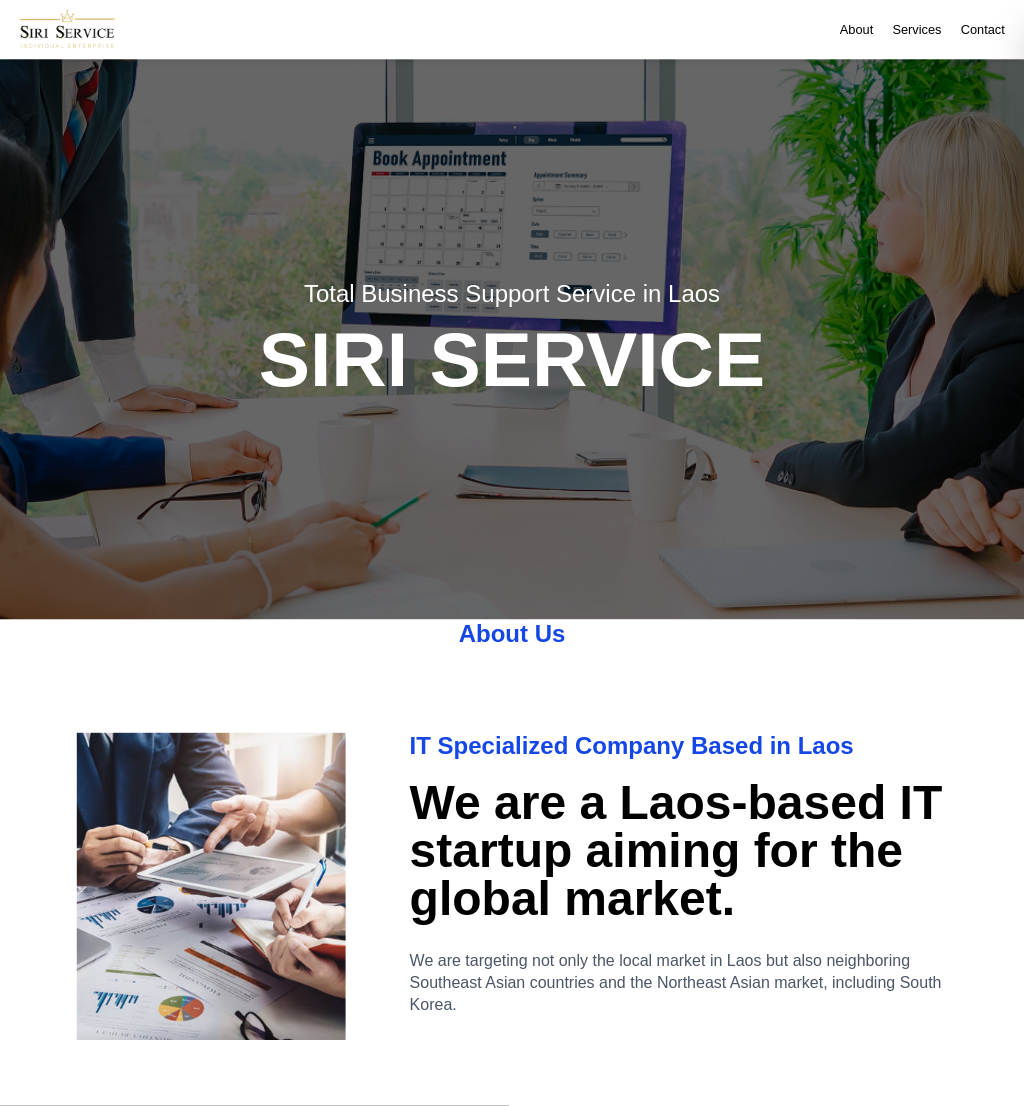
Repository: Phailin-teamplate/siri-service-web
Page: /
These files come from the project's save history. The page is drawn as it stood at one moment and after the next save; the edit follows.
The browser window is 1280 px wide. The pictures show the whole page, at 80% of full size.
The project was rebuilt for these pictures with package versions that can differ from the ones it lists, and the page was loaded fresh each time. The framework's server and built-in components were replaced by stand-ins that run in the browser. Also part of the build but not shown: next.config.ts.

Above is the page before, as saved 2025-07-02 14:14:25.

### src/app/layout.tsx
"use client";

import React, { useState, useEffect } from "react";
import { ArrowUpIcon } from "@heroicons/react/24/solid"; // Importing the arrow icon
// import { Geist, Geist_Mono } from "next/font/google";
// import { Inter, Noto_Sans_Lao } from "next/font/google";
import "./globals.css";
import Navbar from "@/src/components/navbar";

// const inter = Inter({ subsets: ["latin"] });
// const notoSansLao = Noto_Sans_Lao({ subsets: ["lao"] });

// const geistSans = Geist({
//   variable: "--font-geist-sans",
//   subsets: ["latin"],
// });
// const geistMono = Geist_Mono({
//   variable: "--font-geist-mono",
//   subsets: ["latin"],
// });

export default function RootLayout({
  children,
}: Readonly<{
  children: React.ReactNode;
}>) {
  const [isVisible, setIsVisible] = useState(false);

  // Detect scroll position and show button when scrolling down
  const handleScroll = () => {
    if (window.scrollY > 300) {
      setIsVisible(true);
    } else {
      setIsVisible(false);
    }
  };

  useEffect(() => {
    window.addEventListener("scroll", handleScroll);
    return () => {
      window.removeEventListener("scroll", handleScroll);
    };
  }, []);

  const scrollToTop = () => {
    window.scrollTo({ top: 0, behavior: "smooth" });
  };

  return (
    <html lang="en">
      {/* <body
        className={`${geistSans.variable} ${geistMono.variable} ${inter.className}  ${notoSansLao.className} antialiased`}
      > */}
      <body className="bg-white">
        <Navbar />
        {children}
        {/* <Footer /> */}

        {/* Popup Button with Icon for Scrolling to Top */}
        {isVisible && (
          <button
            onClick={scrollToTop}
            className="fixed bottom-2 right-5 md:bottom-5 md:right-10 bg-blue-500 text-white p-2 md:p-4 rounded-full shadow-lg hover:bg-blue-600 focus:outline-none transition-transform transform hover:scale-110"
          >
            {/* Heroicon Arrow Up Icon */}
            <ArrowUpIcon className="h-5 w-5 md:h-6 md:w-6" />
          </button>
        )}
      </body>
    </html>
  );
}

### src/app/page.tsx
import React from "react";
import Homepage from "@/src/components/Homepage";
import About from "@/src/components/About";

export const metadata = {
  title: "About | TEAMPLATE",
  description:
    "Learn about TEAMPLATE — our story, mission, team, and values that drive our innovation.",
  keywords: ["teamplate", "about", "our story", "mission", "values", "team"],
  openGraph: {
    title: "About | TEAMPLATE",
    description:
      "Discover TEAMPLATE's story, mission, and the people behind our success.",
    url: "https://yourdomain.com/about",
    siteName: "TEAMPLATE",
    images: [
      {
        url: "https://yourdomain.com/images/about-og.jpg", // ✅ Replace with actual path
        width: 1200,
        height: 630,
        alt: "About TEAMPLATE",
      },
    ],
    locale: "en_US",
    type: "website",
  },
};

export default function Home() {
  return (
    <section className="w-full" id="about">
      <Homepage/>
      <About/>
    </section>
  );
}

### src/components/navbar.tsx
import { useState, useCallback, useEffect } from "react";
import Image from "next/image";
import { Menu, X } from "lucide-react";
import Logo from "@/public/logo/Siri Service.png";

export default function Navbar() {
  const [isOpen, setIsOpen] = useState(false);

  // Function for smooth scrolling
  const handleSmoothScroll = useCallback((targetId: string) => {
    setIsOpen(false); // Close the sidebar

    if (targetId === "/") {
      window.scrollTo({ top: 0, behavior: "smooth" });
    } else {
      const targetElement = document.querySelector(targetId);
      if (targetElement) {
        targetElement.scrollIntoView({ behavior: "smooth" });
      }
    }
  }, []);

  const [isScrolled, setIsScrolled] = useState(false);

  // Detect scroll to change navbar background
  useEffect(() => {
    const handleScroll = () => {
      const scrollTop = window.scrollY;
      setIsScrolled(scrollTop > 10); // Trigger when scrolled 10px
    };

    window.addEventListener("scroll", handleScroll);

    return () => window.removeEventListener("scroll", handleScroll);
  }, []);

  return (
    <div className="w-full sticky top-0 z-50 bg-white shadow-md">
      <nav className="flex items-center justify-between px-6 py-3">
        {/* Logo */}
        <button
          onClick={() => handleSmoothScroll("/")}
          className="p-0 border-none bg-transparent active:opacity-80"
        >
          <Image
            className="w-20 sm:w-20 md:w-30 lg:w-30 xl:w-30 2xl:w-30 h-auto"
            src={Logo}
            alt="Appstore"
            priority
          />
        </button>

        {/* Desktop Links */}
        <div className="hidden md:flex gap-6">
          <button
            onClick={() => handleSmoothScroll("#about")}
            className="hover:text-blue-600 hover:underline transition-colors text-black duration-200 cursor-pointer"
          >
            About
          </button>
          <button
            onClick={() => handleSmoothScroll("#services")}
            className="hover:text-blue-600 hover:underline transition-colors text-black duration-200 cursor-pointer"
          >
            Services
          </button>
          <button
            onClick={() => handleSmoothScroll("#contact")}
            className="hover:text-blue-600 hover:underline transition-colors text-black duration-200 cursor-pointer"
          >
            Contact
          </button>
        </div>

        {/* Mobile Menu Button */}
        <button
          className="md:hidden focus:outline-none"
          onClick={() => setIsOpen(!isOpen)}
          aria-label="Toggle Menu"
        >
          {isOpen ? <X size={28} /> : <Menu size={28} />}
        </button>
      </nav>

      {/* Overlay (Closes menu when clicked) */}
      {isOpen && (
        <div
          className="fixed inset-0 z-40"
          onClick={() => setIsOpen(false)}
        ></div>
      )}

      {/* Mobile Sidebar */}
      <div
        className={`fixed top-0 right-0 h-full w-64 bg-white shadow-2xl p-6 flex flex-col transition-transform ${
          isOpen ? "translate-x-0" : "translate-x-full"
        } duration-300 ease-in-out z-50`}
      >
        {/* Sidebar Header */}
        <div className="flex justify-between items-center pb-4 mt-1">
          <h3 className="text-black text-2xl font-semibold">Menu</h3>
          <button
            className="text-black text-3xl font-bold focus:outline-none"
            onClick={() => setIsOpen(false)}
            aria-label="Close Menu"
          >
            <X size={28} />
          </button>
        </div>

        {/* Sidebar Links */}
        <div className="flex flex-col items-start gap-4 pb-4">
          <button
            onClick={() => handleSmoothScroll("#about")}
            className="hover:text-blue-600 hover:underline transition-colors duration-200 cursor-pointer"
          >
            About
          </button>
          <button
            onClick={() => handleSmoothScroll("#services")}
            className="hover:text-blue-600 hover:underline transition-colors duration-200 cursor-pointer"
          >
            Services
          </button>
          <button
            onClick={() => handleSmoothScroll("#contact")}
            className="hover:text-blue-600 hover:underline transition-colors duration-200 cursor-pointer"
          >
            Contact
          </button>
        </div>
      </div>
    </div>
  );
}

### src/components/Homepage.tsx
import Image from "next/image";
import BgSiri from "@/public/bg-siri.png";
import type { Metadata } from "next";

export const metadata: Metadata = {
  title: "SiriService | About Us",
  description: "We are a Laos-based IT startup aiming for the global market.",
};

export default function Homepage() {
  return (
    <div className="flex flex-col ">
      <div className="flex justify-center">
        <div className="relative w-full h-[400px] xs:h-[600px] sm:h-[650px] md:h-[700px] lg:h-[700px]">
          {/* Background Image */}
          <Image src={BgSiri} alt="StartUp" fill className="object-cover" />

          {/* Gradient Overlay */}
          <div className="absolute inset-0 bg-black/60 z-10" />

          {/* Centered Content */}
          <div className="absolute inset-0 z-20 flex flex-col items-center justify-center text-center px-4">
            <div className="mb-4 sm:mb-4">
              <p className="text-white text-sm xs:text-base sm:text-xl md:text-3xl font-medium">
                Total Business Support Service in Laos
              </p>
            </div>
            <h1 className="text-white text-4xl xs:text-5xl sm:text-6xl md:text-7xl lg:text-8xl font-bold">
              SIRI SERVICE
            </h1>
          </div>
        </div>
      </div>


    </div>
  );
}

### src/components/About.tsx
import Image from "next/image";

import AboutSV from "@/public/About.png";

import type { Metadata } from "next";

export const metadata: Metadata = {
  title: "Teamplate",
  description: "We are a Laos-based IT startup aiming for the global market.",
};

export default function About() {
  return (
    <div className="w-full">
      <div className="flex justify-center text-center md:text-left">
        <p className="text-2xl md:text-3xl font-semibold text-blue-700 mb-4 md:mb-6">
          About Us
        </p>
      </div>
      <div className="flex flex-col px-6 md:px-12 lg:px-24 py-12 md:py-16 lg:py-20 ">
        <section
          className="flex flex-col md:flex-row items-center justify-center gap-10 md:gap-20 md:scroll-mt-30 scroll-mt-23" // Added scroll margin
          id="about"
        >
          {/* Image Section */}
          <div className="relative w-80 h-80 md:w-96 md:h-96">
            <Image src={AboutSV} alt="About" fill className="object-cover" />
          </div>
          {/* Text Section */}
          <div className="w-full max-w-2xl text-center md:text-left">
            <p className="text-2xl md:text-3xl font-semibold text-blue-700 mb-4 md:mb-6">
              IT Specialized Company Based in Laos
            </p>
            <h1 className="text-black text-4xl md:text-6xl font-bold mb-6 md:mb-8">
              We are a Laos-based IT startup aiming for the global market.
            </h1>
            <p className="text-lg sm:text-xl text-gray-600 mb-6 md:mb-8">
              We are targeting not only the local market in Laos but also
              neighboring Southeast Asian countries and the Northeast Asian
              market, including South Korea.
            </p>
          </div>
        </section>
      </div>
    </div>
  );
}

Loaded but not shown: src/app/globals.css (common file)

After the next save:
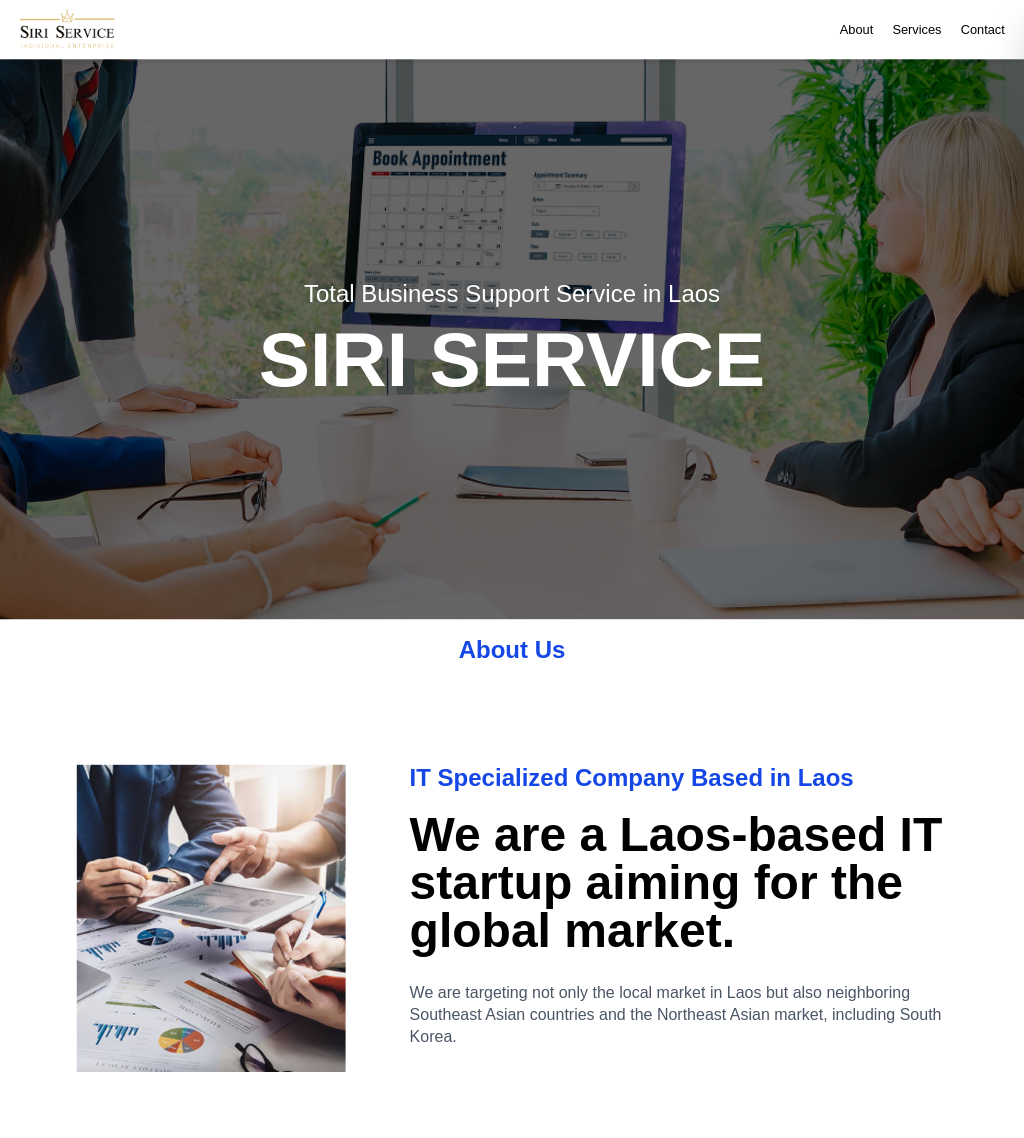
Saved 8 s later.
--- a/src/components/About.tsx
+++ b/src/components/About.tsx
@@ -12,7 +12,7 @@
 export default function About() {
   return (
     <div className="w-full">
-      <div className="flex justify-center text-center md:text-left">
+      <div className="flex justify-center py-5 text-center md:text-left">
         <p className="text-2xl md:text-3xl font-semibold text-blue-700 mb-4 md:mb-6">
           About Us
         </p>
